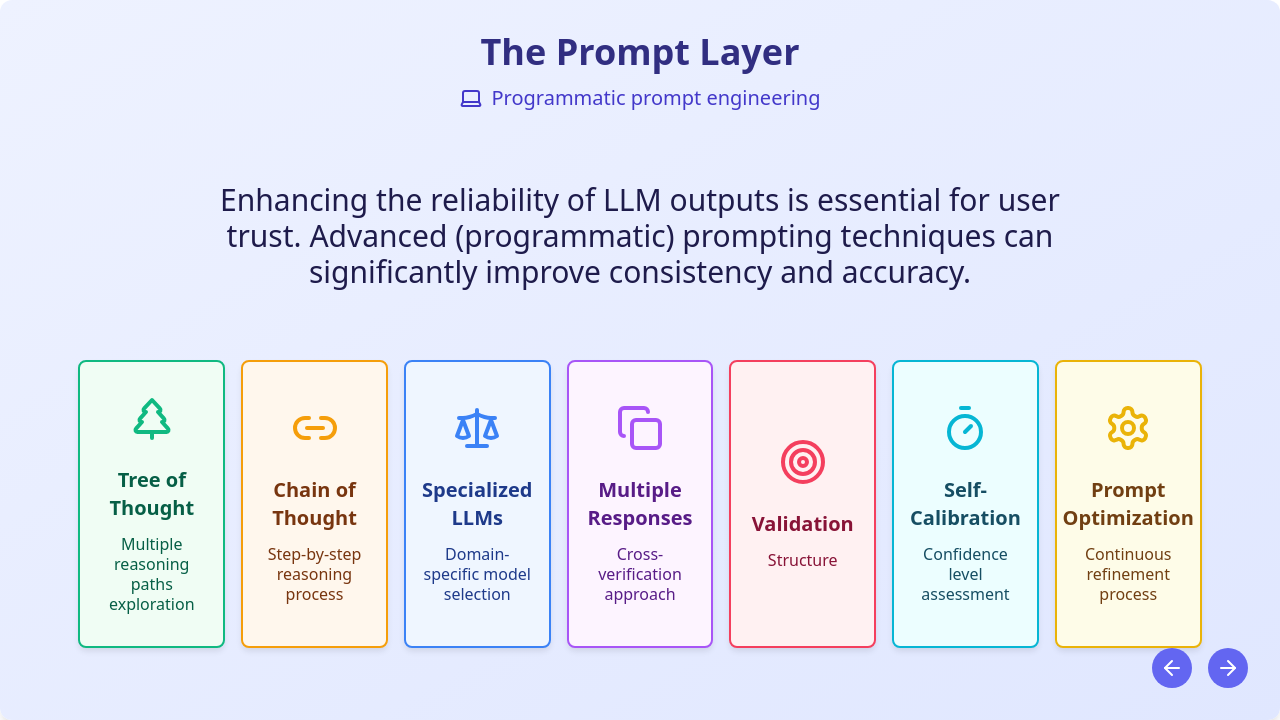
Repository: Galbaz1/dell_presentation
Page: /slide7
The author's editor kept a copy of each file at every save. The page is drawn from the files as they stood at one save, then again after a run of saves.
The browser window is 1280 px wide. The pictures show the whole page.
The project was rebuilt for these pictures with package versions that can differ from the ones it lists, and the page was loaded fresh each time. The framework's server and built-in components were replaced by stand-ins that run in the browser. Also part of the build but not shown: styles/animations/slide1.css, styles/animations/slide2.css.

Above is the page before, as saved 2024-11-13 13:08:51.

### pages/_app.tsx
import '../styles/globals.css'
import '../styles/animations/slide1.css'
import '../styles/animations/slide2.css'
import type { AppProps } from 'next/app'

function MyApp({ Component, pageProps }: AppProps) {
  return <Component {...pageProps} />
}

export default MyApp

### pages/slide7.tsx
import React, { useState, useEffect } from 'react';
import {
  ArrowLeft,
  GitBranch,
  Brain,
  Scale,
  Copy,
  Target,
  Timer,
  Settings,
  TreePine,
  Link2,
  ArrowRight,
  Laptop,
} from 'lucide-react';
import Link from 'next/link';
import { motion, AnimatePresence } from 'framer-motion';
import { useRouter } from 'next/router';

const Slide7: React.FC = () => {
  const router = useRouter();
  const [hoveredBlock, setHoveredBlock] = useState<number | null>(null);
  const [displayedText, setDisplayedText] = useState('');
  const fullText = "Enhancing the reliability of LLM outputs is essential for user trust. Advanced (programmatic) prompting techniques can significantly improve consistency and accuracy.";

  useEffect(() => {
    let index = 0;
    const timer = setInterval(() => {
      if (index <= fullText.length) {
        setDisplayedText(fullText.slice(0, index));
        index++;
      } else {
        clearInterval(timer);
      }
    }, 30); // Adjust speed as needed

    return () => clearInterval(timer);
  }, []);

  useEffect(() => {
    const handleKeyDown = (event: KeyboardEvent) => {
      switch (event.key) {
        case 'ArrowLeft':
          router.push('/slide4');
          break;
        case 'ArrowRight':
          router.push('/slide8');
          break;
      }
    };

    window.addEventListener('keydown', handleKeyDown);
    return () => window.removeEventListener('keydown', handleKeyDown);
  }, [router]);

  const blocks = [
    {
      icon: <TreePine className="w-8 h-8" />,
      title: "Tree of Thought",
      description: "Multiple reasoning paths exploration",
      color: {
        bg: "#f0fdf4",
        border: "#10b981",
        text: "#065f46"
      }
    },
    {
      icon: <Link2 className="w-8 h-8" />,
      title: "Chain of Thought",
      description: "Step-by-step reasoning process",
      color: {
        bg: "#fff7ed",
        border: "#f59e0b",
        text: "#78350f"
      }
    },
    {
      icon: <Scale className="w-8 h-8" />,
      title: "Specialized LLMs",
      description: "Domain-specific model selection",
      color: {
        bg: "#eff6ff",
        border: "#3b82f6",
        text: "#1e3a8a"
      }
    },
    {
      icon: <Copy className="w-8 h-8" />,
      title: "Multiple Responses",
      description: "Cross-verification approach",
      color: {
        bg: "#fdf4ff",
        border: "#a855f7",
        text: "#581c87"
      }
    },
    {
      icon: <Target className="w-8 h-8" />,
      title: "Validation",
      description: "Structure",
      color: {
        bg: "#fff1f2",
        border: "#f43f5e",
        text: "#881337"
      }
    },
    {
      icon: <Timer className="w-8 h-8" />,
      title: "Self-Calibration",
      description: "Confidence level assessment",
      color: {
        bg: "#ecfeff",
        border: "#06b6d4",
        text: "#164e63"
      }
    },
    {
      icon: <Settings className="w-8 h-8" />,
      title: "Prompt Optimization",
      description: "Continuous refinement process",
      color: {
        bg: "#fefce8",
        border: "#eab308",
        text: "#713f12"
      }
    }
  ];

  const containerVariants = {
    hidden: { opacity: 0 },
    visible: {
      opacity: 1,
      transition: {
        staggerChildren: 0.1
      }
    }
  };

  const blockVariants = {
    hidden: { y: 20, opacity: 0 },
    visible: (i: number) => ({
      y: 0,
      opacity: 1,
      transition: {
        delay: i * 0.1,
        type: "spring",
        stiffness: 100,
        damping: 15
      }
    }),
    hover: {
      scale: 1.03,
      y: -5,
      transition: {
        type: "spring",
        stiffness: 400,
        damping: 10
      }
    }
  };

  return (
    <div className="bg-gradient-to-br from-indigo-50 to-indigo-100 p-8 rounded-xl shadow-lg min-h-screen overflow-hidden relative">
      {/* Header */}
      <motion.div
        className="mb-16"
        initial={{ y: -20, opacity: 0 }}
        animate={{ y: 0, opacity: 1 }}
        transition={{ duration: 0.8 }}
      >
        <h1 className="text-4xl font-bold text-indigo-900 mb-3 text-center">The Prompt Layer</h1>
        <p className="text-xl text-indigo-700 text-center flex items-center justify-center">
          <Laptop className="w-6 h-6 mr-2" />
          Programmatic prompt engineering
        </p>
      </motion.div>

      {/* Streaming Text Container - Fixed height to prevent layout shifts */}
      <div className="h-[120px] flex items-center justify-center mb-16">
        <motion.div
          className="max-w-4xl mx-auto text-center"
          initial={{ opacity: 0 }}
          animate={{ opacity: 1 }}
          transition={{ delay: 0.5 }}
        >
          <AnimatePresence mode='wait'>
            <motion.span
              key={displayedText}
              initial={{ opacity: 0.5 }}
              animate={{ opacity: 1 }}
              className="text-3xl font-medium text-indigo-950"
            >
              {displayedText}
            </motion.span>
            {displayedText.length < fullText.length && (
              <motion.span
                className="inline-block w-1 h-8 bg-indigo-600 ml-1"
                animate={{ opacity: [1, 0] }}
                transition={{ duration: 0.5, repeat: Infinity }}
              />
            )}
          </AnimatePresence>
        </motion.div>
      </div>

      {/* Blocks Container */}
      <motion.div
        className="max-w-[95%] mx-auto grid grid-cols-7 gap-4 px-4"
        variants={containerVariants}
        initial="hidden"
        animate="visible"
        style={{ height: '40vh' }}
      >
        {blocks.map((block, index) => (
          <motion.div
            key={block.title}
            className="w-full h-full aspect-square"
            variants={blockVariants}
            custom={index}
            whileHover="hover"
            onHoverStart={() => setHoveredBlock(index)}
            onHoverEnd={() => setHoveredBlock(null)}
          >
            <div
              className="h-full relative p-4"
              style={{
                backgroundColor: block.color.bg,
                borderColor: block.color.border,
                borderWidth: 2,
                borderStyle: 'solid',
                borderRadius: '0.5rem',
                display: 'flex',
                flexDirection: 'column',
                justifyContent: 'center',
                alignItems: 'center',
                boxShadow: '0 4px 6px -1px rgb(0 0 0 / 0.1)'
              }}
            >
              {/* Glow effect on hover */}
              {hoveredBlock === index && (
                <motion.div
                  className="absolute inset-0 rounded-lg"
                  initial={{ opacity: 0 }}
                  animate={{ opacity: 0.2 }}
                  exit={{ opacity: 0 }}
                  style={{
                    backgroundColor: block.color.border,
                    filter: 'blur(15px)',
                    zIndex: -1
                  }}
                />
              )}

              <div className="flex flex-col items-center justify-center text-center h-full">
                <motion.div
                  className="mb-6"
                  animate={hoveredBlock === index ? {
                    scale: [1, 1.2, 1],
                    rotate: [0, 360],
                    transition: { duration: 1 }
                  } : {}}
                  style={{ color: block.color.border }}
                >
                  {React.cloneElement(block.icon, { className: "w-12 h-12" })}
                </motion.div>

                <h3
                  className="text-xl font-bold mb-3"
                  style={{ color: block.color.text }}
                >
                  {block.title}
                </h3>

                <p
                  className="text-base leading-tight"
                  style={{ color: block.color.text }}
                >
                  {block.description}
                </p>
              </div>
            </div>
          </motion.div>
        ))}
      </motion.div>

      {/* Navigation */}
      <div className="absolute bottom-8 right-8 flex items-center space-x-4">
        <Link href="/slide6" className="bg-indigo-500 hover:bg-indigo-600 text-white p-2 rounded-full transition-colors">
          <ArrowLeft className="w-6 h-6" />
        </Link>
        <Link href="/slide8" className="bg-indigo-500 hover:bg-indigo-600 text-white p-2 rounded-full transition-colors">
          <ArrowRight className="w-6 h-6" />
        </Link>
      </div>
    </div>
  );
};

export default Slide7;

### styles/globals.css
@tailwind base;
@tailwind components;
@tailwind utilities;

@keyframes fallAndBounce {
  0% {
    transform: translateY(-100%) translateX(-50%);
  }
  70% {
    transform: translateY(140%) translateX(-50%);
  }
  75% {
    transform: translateY(130%) translateX(-50%);
  }
  80% {
    transform: translateY(135%) translateX(-50%);
  }
  85% {
    transform: translateY(128%) translateX(-50%);
  }
  90% {
    transform: translateY(132%) translateX(-50%);
  }
  100% {
    transform: translateY(0%) translateX(-50%);
  }
}

@keyframes developerFall {
  0%, 69% {
    transform: translateX(-50%) rotate(0deg);
  }
  100% {
    transform: translateX(100%) rotate(90deg);
  }
}

@keyframes pulsate {
  0% {
    transform: translateY(0%) translateX(-50%) scale(1);
  }
  8% {
    transform: translateY(0%) translateX(-50%) scale(1.15);
  }
  10% {
    transform: translateY(0%) translateX(-50%) scale(1.1);
  }
  18% {
    transform: translateY(0%) translateX(-50%) scale(1.35);
  }
  20% {
    transform: translateY(0%) translateX(-50%) scale(1.3);
  }
  28% {
    transform: translateY(0%) translateX(-50%) scale(1.55);
  }
  30% {
    transform: translateY(0%) translateX(-50%) scale(1.5);
  }
  38% {
    transform: translateY(0%) translateX(-50%) scale(1.75);
  }
  40% {
    transform: translateY(0%) translateX(-50%) scale(1.7);
  }
  48% {
    transform: translateY(0%) translateX(-50%) scale(1.95);
  }
  50% {
    transform: translateY(0%) translateX(-50%) scale(1.9);
  }
  100% {
    transform: translateY(0%) translateX(-50%) scale(2);
  }
}

@keyframes explodePiece {
  0% {
    transform: translate(0, 0) rotate(0);
    opacity: 1;
  }
  100% {
    transform: translate(var(--tx), 1000px) rotate(var(--tr));
    opacity: 0;
  }
}

.animate-fall-bounce {
  animation:
    fallAndBounce 3s cubic-bezier(0.4, 0, 0.2, 1) forwards,
    pulsate 8s cubic-bezier(0.4, 0, 0.2, 1) 5s forwards;
}

.animate-developer-fall {
  animation: developerFall 1.2s cubic-bezier(0.4, 0, 0.2, 1) forwards;
  animation-delay: 2.1s;
}

.explosion-piece {
  position: absolute;
  animation: explodePiece 2s cubic-bezier(0.4, 0, 0.2, 1) forwards;
  animation-delay: 16s; /* 5s wait + 8s growth + 3s wait */
}

### tailwind.config.js
/** @type {import('tailwindcss').Config} */
module.exports = {
  content: [
    "./pages/**/*.{js,ts,jsx,tsx}",
    "./components/**/*.{js,ts,jsx,tsx}",
    "./styles/**/*.css",
  ],
  theme: {
    extend: {},
  },
  plugins: [],
}

After the next 2 saves:
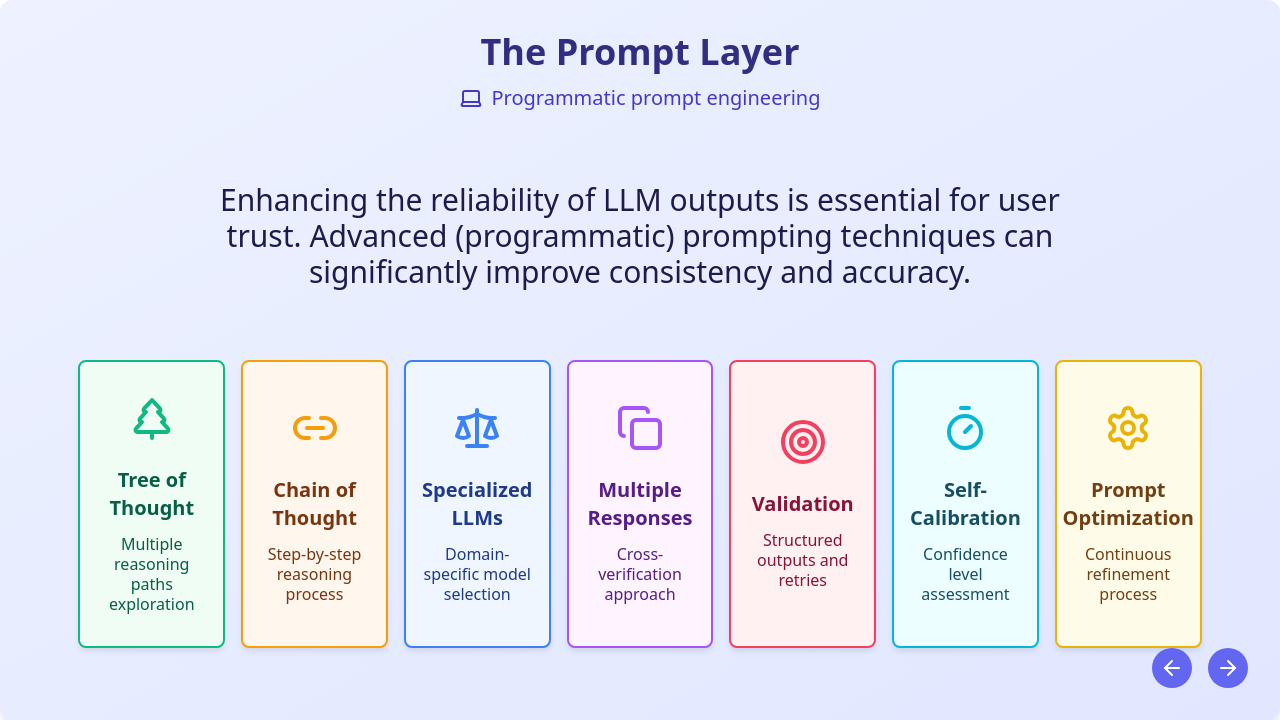
The 2 saves are shown as one change because they came seconds apart.
The last was saved 6 s later.
--- a/pages/slide7.tsx
+++ b/pages/slide7.tsx
@@ -97,7 +97,7 @@ const Slide7: React.FC = () => {
     {
       icon: <Target className="w-8 h-8" />,
       title: "Validation",
-      description: "Structure",
+      description: "Structured outputs and retries",
       color: {
         bg: "#fff1f2",
         border: "#f43f5e",
